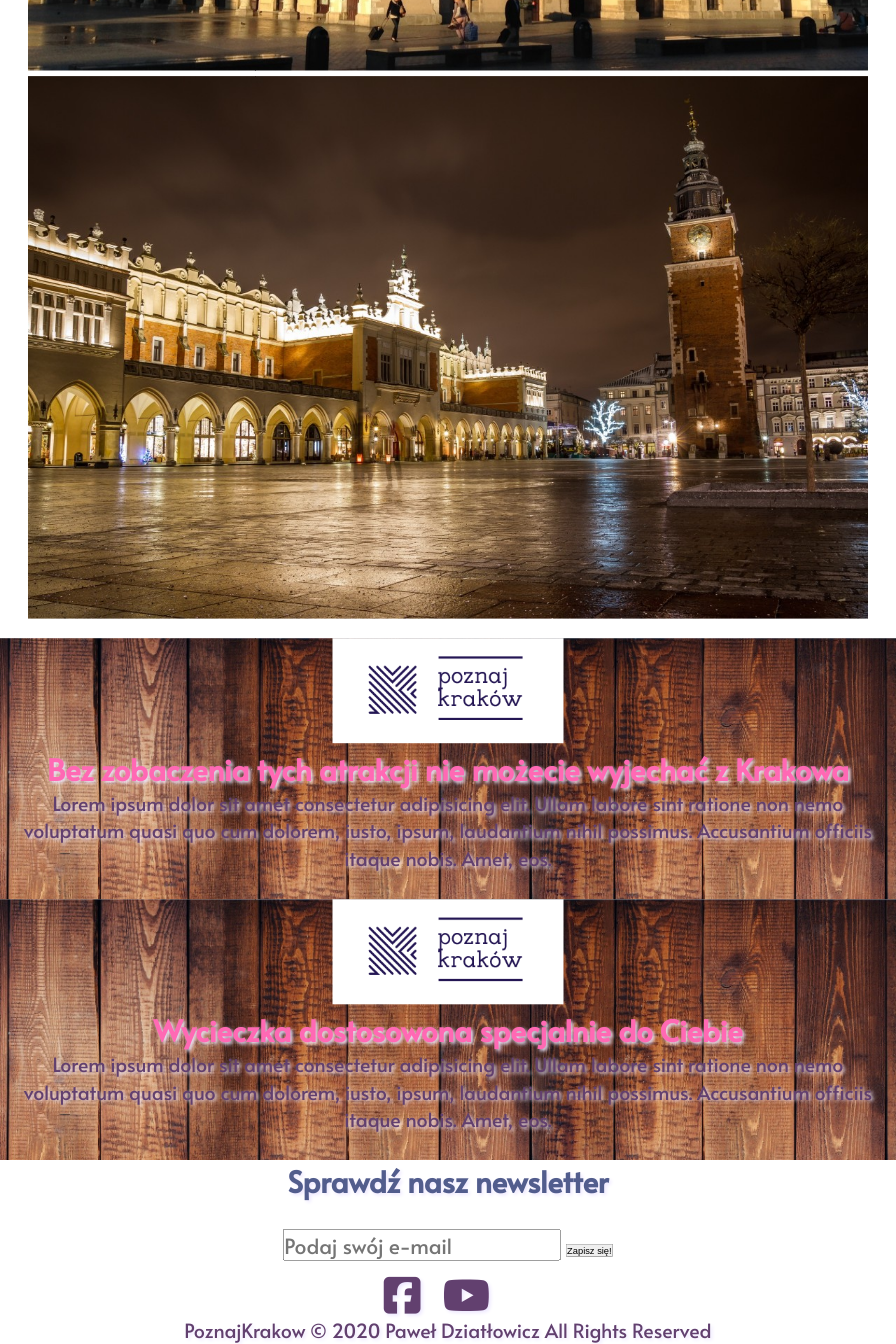
Repository: DZIALEK/projekt1
Page: projekt1.html
An editor plug-in stored every save of this project. The page is shown before and after the next save, followed by the edit.
The browser window is 1280 px wide. The pictures show the part of the page from y = 2874 to 4794 px (the page is 4794 px tall), at 70% of full size.
Some icons come from a web library that is not loaded, so they are not drawn. A picture or video elsewhere on the page could not be fetched, so the positions and the page height are approximate. Some web libraries are served in a nearby version.

Above is the page before, as saved 2020-07-15 01:04:07.

After the next save:
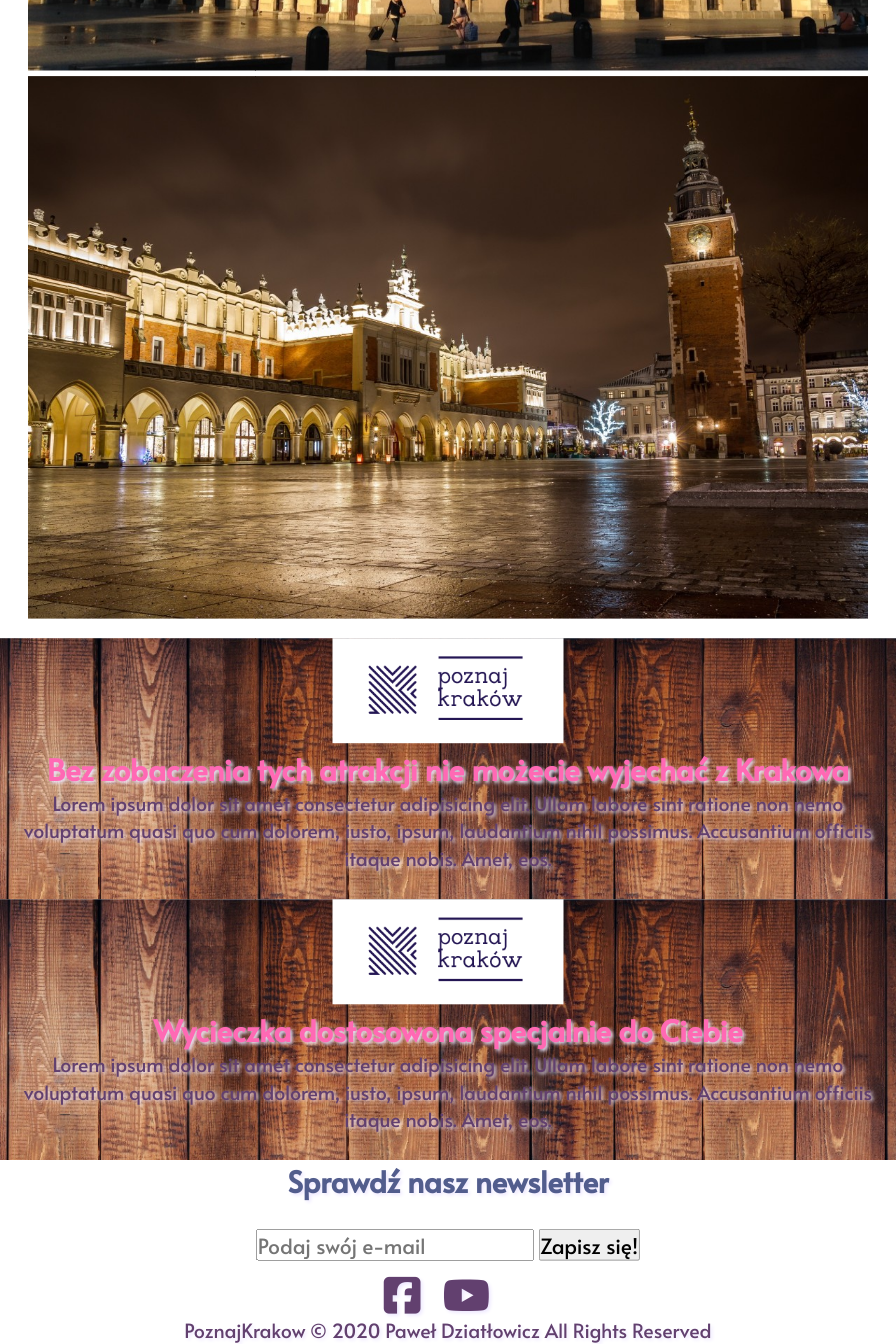
Saved 21 s later.
--- a/projekt1.css
+++ b/projekt1.css
@@ -197,3 +197,8 @@ input {
     font-family: 'Alata', sans-serif;
     margin-top: 40px;
 }
+
+button {
+    font-size: 30px;
+    font-family: 'Alata', sans-serif;
+}
